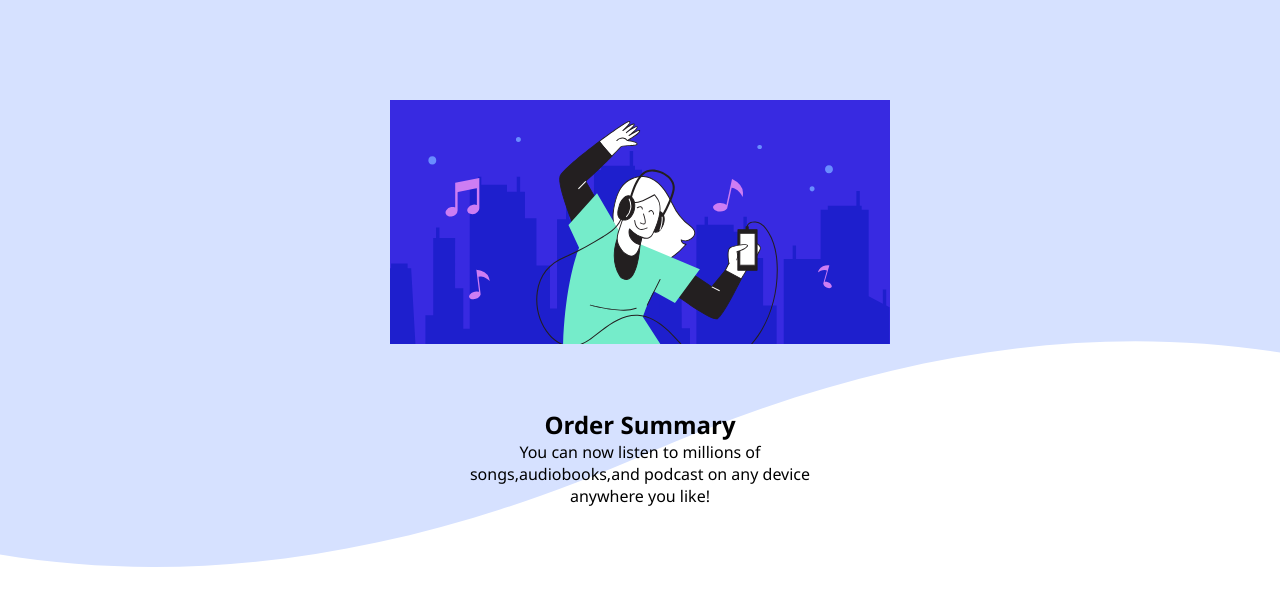
Repository: Eugene44-hub/newbie-project
Page: index.html
These files come from the project's save history. The page is drawn as it stood at one moment and after a run of saves; the edit follows.
The browser window is 1280 px wide. The pictures show the whole page.

Above is the page before, as saved 2021-08-29 02:32:15.

### index.html
<!DOCTYPE html>
<html lang="en">

<head>
    <link rel="stylesheet" href="style.css">
    <meta charset="UTF-8">
    <meta http-equiv="X-UA-Compatible" content="IE=edge">
    <meta name="viewport" content="width=device-width, initial-scale=1.0">
    <title>Document</title>
</head>

<body>
    <div class="container">

        <div class="card-container">
            <div class="card">
                <div class="content">
                    <img src="illustration-hero.svg" alt="">
                    <div class="text">
                        <h2>Order Summary</h2>
                        <p>You can now listen to millions of songs,audiobooks,and podcast on any device anywhere you like!</p>
                    </div>
                </div>

            </div>
        </div>

    </div>
</body>

</html>

### style.css
* {
    padding: 0;
    margin: 0;
}

.container {
    background-image: url('pattern-background-desktop.svg');
    background-repeat: no-repeat;
    background-position: center;
    background-size: cover;
}

.card-container {
    display: flex;
    justify-content: center;
    align-content: center;
    padding-top: 100px;
}

img {
    width: 100%;
}

.card {
    flex: 50%;
    max-width: 500px;
}

.content {
    text-align: center;
}

h2,
p {
    font-family: 'Segoe UI', Tahoma, Geneva, Verdana, sans-serif;
}

.text {
    padding: 60px;
}

After the next 2 saves:
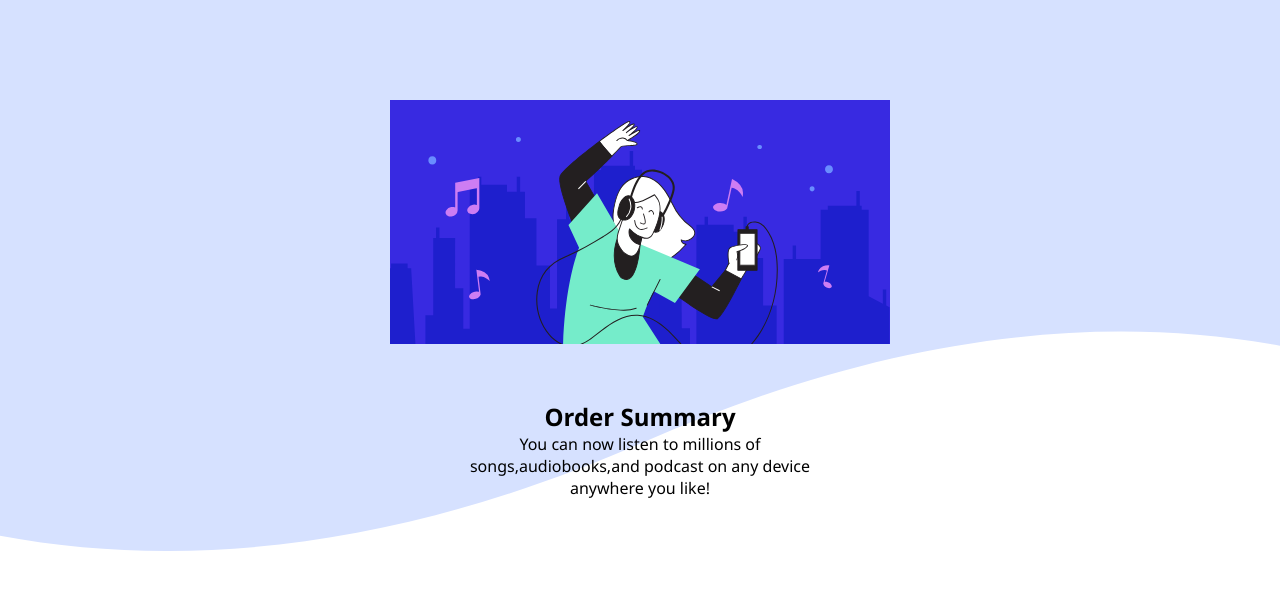
The 2 saves are shown as one change because they came seconds apart.
The last was saved 10 s later.
--- a/style.css
+++ b/style.css
@@ -36,5 +36,5 @@ p {
 }
 
 .text {
-    padding: 60px;
+    padding: 52px;
 }
